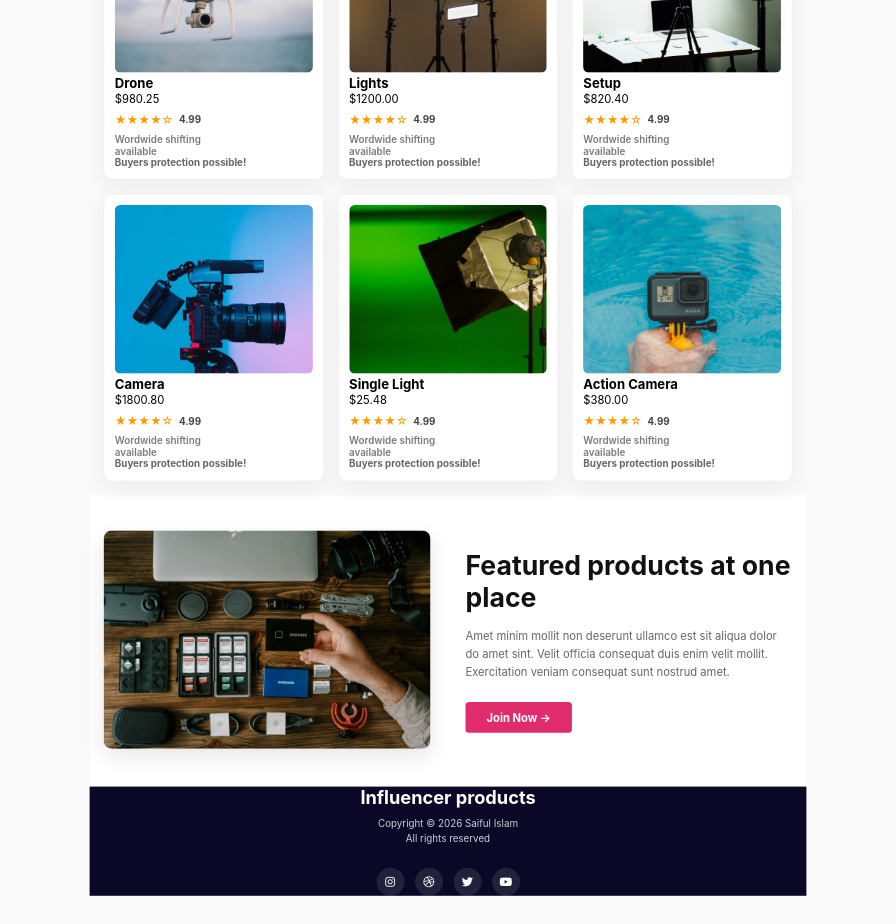
Repository: Saiful21Islam/Influencer-products
Page: it.html
The author's editor kept a copy of each file at every save. The page is drawn from the files as they stood at one save, then again after a run of saves.
The browser window is 1280 px wide. The pictures show the part of the page from y = 1604 to 3524 px (the page is 2924 px tall before and 3524 px after), at 70% of full size.

Above is the page before, as saved 2026-03-11 11:52:37.

### it.html
<!DOCTYPE html>
<html lang="en">

<head>
    <meta charset="UTF-8">
    <meta name="viewport" content="width=device-width, initial-scale=1.0">
    <title>Influencer Products</title>
    <link rel="stylesheet" href="style.css">
    <link rel="stylesheet" href="https://cdnjs.cloudflare.com/ajax/libs/font-awesome/6.0.0/css/all.min.css">
</head>
<style>
    * {
        margin: 0;
        padding: 0;
        box-sizing: border-box;
        font-family: 'Inter', sans-serif;
    }

    body {
        background-color: #f9f9f9;
        padding: 40px 10%;
    }

    .product-grid {
        display: grid;
        grid-template-columns: repeat(3, 1fr);
        gap: 30px;
    }

    .product-card {
        background: #fff;
        padding: 15px;
        border-radius: 12px;
        text-align: left;
        box-shadow: 0 10px 30px rgba(0, 0, 0, 0.05);
        transition: 0.3s;
    }

    .product-card:hover {
        transform: translateY(-5px);
    }

    .thumbnail {
        width: 100%;
        height: auto;
        border-radius: 8px;
        overflow: hidden;
        margin-bottom: 15px;
    }

    .thumbnail img {
        width: 100%;
        height: 100%;
        object-fit: cover;
    }

    .card-content h3 {
        font-size: 22px;
        color: #3A3A3A;
        margin-bottom: 5px;
    }

    .price {
        font-size: 20px;
        font-weight: 500;
        margin-bottom: 10px;
    }

    .rating {
        display: flex;
        align-items: center;
        gap: 5px;
        margin-bottom: 10px;
    }

    .rating i {
        color: #FF9800;
        font-size: 14px;
    }

    .rating-number {
        color: #787885;
        font-size: 14px;
    }

    .desc {
        color: #787885;
        font-size: 14px;
        line-height: 1.5;
    }

    @media (max-width: 768px) {
        .product-grid {

            grid-template-columns: repeat(1, 1fr);
        }
    }
</style>

<body>

    <nav class="navbar">
        <a href="#" class="logo">Influencer products</a>
        <ul class="nav-links">
            <li><a href="#">Home</a></li>
            <li><a href="#">Products</a></li>
            <li><a href="#">Sign up</a></li>
            <li><a href="#">Log In</a></li>
            <div class="nav-icons">
                <i class="fa-solid fa-magnifying-glass"></i>
                <div class="cart-icon"><i class="fa-solid fa-cart-shopping"></i><span class="cart-dot"></span></div>
            </div>
        </ul>
    </nav>

    <header class="hero">
        <div class="hero-content">
            <h1>Start your Journey as Influencer</h1>
            <p>Lorem ipsum dolor sit amet, consectetur adipiscing elit. Sem vestibulum sed scelerisque eros. Lectus
                faucibus.</p>
            <a href="#" class="btn-pink">Preebook now <i class="fa-solid fa-arrow-right"></i></a>
        </div>
        <div class="hero-image-container">
            <img src="images/Circle design.svg" alt="Circle Background" class="circle-image">

            <img src="images/main-camera.png" alt="Fujifilm Camera" class="camera-image">
        </div>
        </div>
        </div>
    </header>

    <section class="brand-section">
        <div class="logos-container">
            <img src="logos/Alibaba.svg" alt="Brands">
            <img src="logos/amazon.svg" alt="Brands">
            <img src="logos/Daraz.pk Logo.svg" alt="Brands">
            <img src="logos/ebay.svg" alt="Brands">
            <img src="logos/Rakuten.svg" alt="Brands">
            <img src="logos/Target.svg" alt="Brands">
            <img src="logos/Walmart.svg" alt="Brands">
        </div>
    </section>

    <section class="collection-section">
        <h2 class="title">Popular Collection</h2>
        <div class="product-container">
            <div class="product-card">
                <img src="images/tripod.png" alt="Tripod">
                <h3>Flex Tripod</h3>
                <p>$50.48</p>
                <div class="stars">
                    ★★★★☆ <span class="rating-num">4.99</span>
                </div>

                <p class="details">Wordwide shifting</p>
                <p class="details">available</p>
                <p class="details">Buyers protection possible!</p>
            </div>

            <div class="product-card">
                <img src="images/mic.png" alt="Microphone">
                <h3>Microphone</h3>
                <p>$120.25</p>
                <div class="stars">
                    ★★★★☆ <span class="rating-num">4.99</span>
                </div>

                <p class="details">Wordwide shifting</p>
                <p class="details">available</p>
                <p class="details">Buyers protection possible!</p>
            </div>

            <div class="product-card">
                <img src="images/airpod.png" alt="airpod">
                <h3>AirPods</h3>
                <p>$100.00</p>
                <div class="stars">
                    ★★★★☆ <span class="rating-num">4.99</span>
                </div>

                <p class="details">Wordwide shifting</p>
                <p class="details">available</p>
                <p class="details">Buyers protection possible!</p>
            </div>

            <div class="product-card">
                <img src="images/drone.png" alt="drone">
                <h3>Drone</h3>
                <p>$980.25</p>
                <div class="stars">
                    ★★★★☆ <span class="rating-num">4.99</span>
                </div>

                <p class="details">Wordwide shifting</p>
                <p class="details">available</p>
                <p class="details">Buyers protection possible!</p>
            </div>

            <div class="product-card">
                <img src="images/lights.png" alt="Lights">
                <h3>Lights</h3>
                <p>$1200.00</p>
                <div class="stars">
                    ★★★★☆ <span class="rating-num">4.99</span>
                </div>

                <p class="details">Wordwide shifting</p>
                <p class="details">available</p>
                <p class="details">Buyers protection possible!</p>
            </div>

            <div class="product-card">
                <img src="images/setup.png" alt="Setup">
                <h3>Setup</h3>
                <p>$820.40</p>
                <div class="stars">
                    ★★★★☆ <span class="rating-num">4.99</span>
                </div>

                <p class="details">Wordwide shifting</p>
                <p class="details">available</p>
                <p class="details">Buyers protection possible!</p>
            </div>

            <div class="product-card">
                <img src="images/camera.png" alt="Camera">
                <h3>Camera</h3>
                <p>$1800.80</p>
                <div class="stars">
                    ★★★★☆ <span class="rating-num">4.99</span>
                </div>

                <p class="details">Wordwide shifting</p>
                <p class="details">available</p>
                <p class="details">Buyers protection possible!</p>
            </div>

            <div class="product-card">
                <img src="images/single-light.png" alt="Single Light">
                <h3>Single Light</h3>
                <p>$25.48</p>
                <div class="stars">
                    ★★★★☆ <span class="rating-num">4.99</span>
                </div>

                <p class="details">Wordwide shifting</p>
                <p class="details">available</p>
                <p class="details">Buyers protection possible!</p>
            </div>

            <div class="product-card">
                <img src="images/action.png" alt="Action Camera">
                <h3>Action Camera</h3>
                <p>$380.00</p>
                <div class="stars">
                    ★★★★☆ <span class="rating-num">4.99</span>
                </div>

                <p class="details">Wordwide shifting</p>
                <p class="details">available</p>
                <p class="details">Buyers protection possible!</p>
            </div>

        </div>
    </section>
    </section>
    <section class="featured-section">
        <div class="featured-container">
            <div class="featured-image">
                <img src="images/gear.png" alt="Featured Gear">
            </div>

            <div class="featured-content">
                <h2>Featured products at one place</h2>
                <p>Amet minim mollit non deserunt ullamco est sit aliqua dolor do amet sint. Velit officia consequat
                    duis enim velit mollit. Exercitation veniam consequat sunt nostrud amet.</p>
                <a href="#" class="join-btn">Join Now &rarr;</a>
            </div>
        </div>
    </section>

    <footer
        style="background-color: #0A0826; color: white; text-align: center; padding: auto 20px; font-family: sans-serif; width: 100%; box-sizing: border-box;">

        <h3 style="margin: 0 0 10px 0; font-size: 26px; font-weight: bold;">Influencer products</h3>

        <p style="margin: 0 0 30px 0; font-size: 14px; opacity: 0.8; line-height: 1.6;">
            Copyright © 2026 Saiful Islam <br> All rights reserved
        </p>

        <div style="display: flex; justify-content: center; gap: 15px;">
            <a href="#"
                style="color: white; background: rgba(255,255,255,0.1); width: 40px; height: 40px; border-radius: 50%; display: flex; align-items: center; justify-content: center; text-decoration: none;">
                <i class="fa-brands fa-instagram"></i>
            </a>
            <a href="#"
                style="color: white; background: rgba(255,255,255,0.1); width: 40px; height: 40px; border-radius: 50%; display: flex; align-items: center; justify-content: center; text-decoration: none;">
                <i class="fa-brands fa-dribbble"></i>
            </a>
            <a href="#"
                style="color: white; background: rgba(255,255,255,0.1); width: 40px; height: 40px; border-radius: 50%; display: flex; align-items: center; justify-content: center; text-decoration: none;">
                <i class="fa-brands fa-twitter"></i>
            </a>
            <a href="#"
                style="color: white; background: rgba(255,255,255,0.1); width: 40px; height: 40px; border-radius: 50%; display: flex; align-items: center; justify-content: center; text-decoration: none;">
                <i class="fa-brands fa-youtube"></i>
            </a>
        </div>
    </footer>

</body>

</html>

### style.css
.hero {
    display: flex;
    align-items: center;
    justify-content: space-around;
    padding: 50px 10%;
    background-color: #fff;
    min-height: 80vh;
    flex-wrap: wrap;
}

.hero-content {
    flex: 1;
    min-width: 300px;
}

.hero-content h1 {
    font-size: 52px;
    line-height: 1.2;
    margin-bottom: 20px;
    color: #3A3A3A;
}

.hero-content p {
    font-size: 16px;
    color: #6C6C6C;
    margin-bottom: 30px;
    max-width: 450px;
}

.btn-pink {
    background-color: #E02C6D;
    color: white;
    padding: 12px 25px;
    text-decoration: none;
    border-radius: 50px;
    font-weight: bold;
    display: inline-block;
}

.hero-image-container {
    flex: 1;
    position: relative;
    display: flex;
    justify-content: center;
    align-items: center;
    min-width: 300px;
}

.camera-image {
    width: 100%;
    max-width: 450px;
    position: relative;
    z-index: 2;
}

.circle-image {
    position: absolute;
    width: 110%;
    z-index: 1;
}

@media (max-width: 768px) {
    .hero {
        flex-direction: column-reverse;
        text-align: center;
        padding: 30px 5%;
    }
    .hero-content {
        margin-top: 30px;
    }
    .hero-content h1 {
        font-size: 32px;
    }
    .hero-image-container {
        width: 100%;
    }
    .camera-image {
        max-width: 300px;
    }
}
{
    margin: 0;
    padding: 0;
    box-sizing: border-box;
    font-family: 'Inter', sans-serif;
}

/* Navbar */
.navbar {
    display: flex;
    justify-content: space-between;
    padding: 20px 10%;
    align-items: center;
}
.logo { font-size: 24px; font-weight: bold; color: #3A3A3A; text-decoration: none; }
.nav-links { display: flex; list-style: none; align-items: center; }
.nav-links li { margin-left: 25px; }
.nav-links a { text-decoration: none; color: #3A3A3A; font-weight: 500; }
.nav-icons { display: flex; margin-left: 20px; gap: 20px; font-size: 18px; }

/* Hero */
.hero {
    display: flex;
    padding: 50px 10%;
    align-items: center;
}
.hero-content h1 { font-size: 52px; color: #3A3A3A; margin-bottom: 15px; }
.btn-pink {
    background: #E02C6D;
    color: white;
    padding: 10px 25px;
    border-radius: 50px;
    text-decoration: none;
    display: inline-block;
    margin-top: 20px;
}
.hero-image img { width: 400px; }

/* Brands */
.brand-section {
    padding: 40px 10%;
    border-top: 1px solid #eee;
    border-bottom: 1px solid #eee;
    margin: 50px 0;
}

.logos-container {
    display: flex;
    justify-content: space-between;
    align-items: center;
    flex-wrap: wrap;
}

.logos-container img {
    height: 35px;
    width: auto;
}

.hero-image-container {
    position: relative;
    width: 500px;
    height: 500px;
    display: flex;
    justify-content: center;
    align-items: center;
}

.circle-image {
    position: absolute;
    width: 450px;
    height: auto;
    z-index: 1;
    opacity: 0.8;
}
.camera-image {
    position: relative;
    width: 100%;
    max-width: 480px;
    z-index: 2;
    filter: drop-shadow(0 20px 30px rgba(0,0,0,0.1));
}

.product-container {
  display: flex;
  flex-wrap: wrap;
  gap: 20px;
  justify-content: center;
  padding: 20px;
}

.product-card {
  flex: 1 1 310px;
  max-width: 350px;
  background: #fff;
  border: 1px solid #eee;
  border-radius: 12px;
  padding: 15px;
  box-shadow: 0 5px 15px rgba(0,0,0,0.05);
  transition: transform 0.3s ease;
}

.product-card:hover {
  transform: translateY(-5px);
}

.product-card img {
  width: 100%;
  height: auto;
  border-radius: 8px;
}

@media (max-width: 768px) {
  .product-container {
    gap: 15px;
    padding: 10px;
  }
}

@media (max-width: 480px) {
  .product-card {
    flex: 1 1 100%;
    max-width: 100%;
    margin: 0 auto;
  }
}

.stars {
    display: flex;
    align-items: center;
    color: #FF9900;
    font-size: 16px;
    margin: 10px 0;
}

.star-half {
    position: relative;
    display: inline-block;
    color: #ccc;
}

.star-half::after {
    content: '★';
    position: absolute;
    left: 0;
    top: 0;
    width: 50%;
    overflow: hidden;
    color: #FF9900;
}

.rating-num {
    color: #444;
    font-size: 14px;
    font-weight: bold;
    margin-left: 8px;
}

.details {
    font-size: 14px;
    color: #7a7a7a;
    margin: 0;
    line-height: 1.2;
    font-weight: 600;
}

.details:last-child {
    font-weight: 700;
    color: #666;
}

.title {
    text-align: center;
    font-size: 28px;
    font-weight: 700;
    color: #333;
    margin-bottom: 40px;
}

.featured-section {
    padding: 50px 20px;
    background-color: #fff;
}

.featured-container {
    max-width: 1100px;
    margin: 0 auto;
    display: flex;
    align-items: center;
    gap: 50px;

.featured-image {
    flex: 1;
}

.featured-image img {
    width: 100%;
    border-radius: 12px;
    box-shadow: 0 10px 30px rgba(0,0,0,0.1);
}

.featured-content {
    flex: 1;
}

.featured-content h2 {
    font-size: 38px;
    color: #111;
    margin-bottom: 20px;
}

.featured-content p {
    font-size: 16px;
    color: #666;
    line-height: 1.6;
    margin-bottom: 30px;
}

.join-btn {
    display: inline-block;
    background-color: #E02C6D;
    color: white;
    padding: 12px 30px;
    text-decoration: none;
    font-weight: bold;
    border-radius: 5px;
    transition: 0.3s;
}

.join-btn:hover {
    background-color: #c2255c;
}

@media (max-width: 768px) {
    .featured-container {
        flex-direction: column;
        text-align: center;
        gap: 30px;
    }
    .featured-content h2 {
        font-size: 28px;
    }
}

/* Footer reset and style */
.footer-area {
    background-color: #0A0826 !important; /* ছবির মতো ডার্ক ব্লু */
    color: #ffffff !important;
    text-align: center !important;
    padding: 60px 20px !important;
    margin: 0 !important; /* কোনো গ্যাপ থাকলে তা দূর করবে */
    width: 100%;
    display: block;
}

.footer-area h3 {
    font-size: 26px;
    font-weight: 700;
    margin-bottom: 15px;
    color: white;
}

.footer-area p {
    font-size: 14px;
    opacity: 0.8;
    line-height: 1.8;
    margin-bottom: 30px;
    color: white;
}

/* Social icons layout */
.social-links {
    display: flex;
    justify-content: center;
    gap: 15px;
}

/* আইকনের গোল ব্যাকগ্রাউন্ড (আপনার ছবির মতো) */
.social-links a {
    color: white !important;
    background: #211F3D; /* ছবির আইকনের পেছনের কালার */
    width: 40px;
    height: 40px;
    display: flex;
    align-items: center;
    justify-content: center;
    border-radius: 50%;
    text-decoration: none;
    font-size: 18px;
    transition: 0.3s;
}

.social-links a:hover {
    background: #323050;
    transform: translateY(-3px);
}

After the next 3 saves:
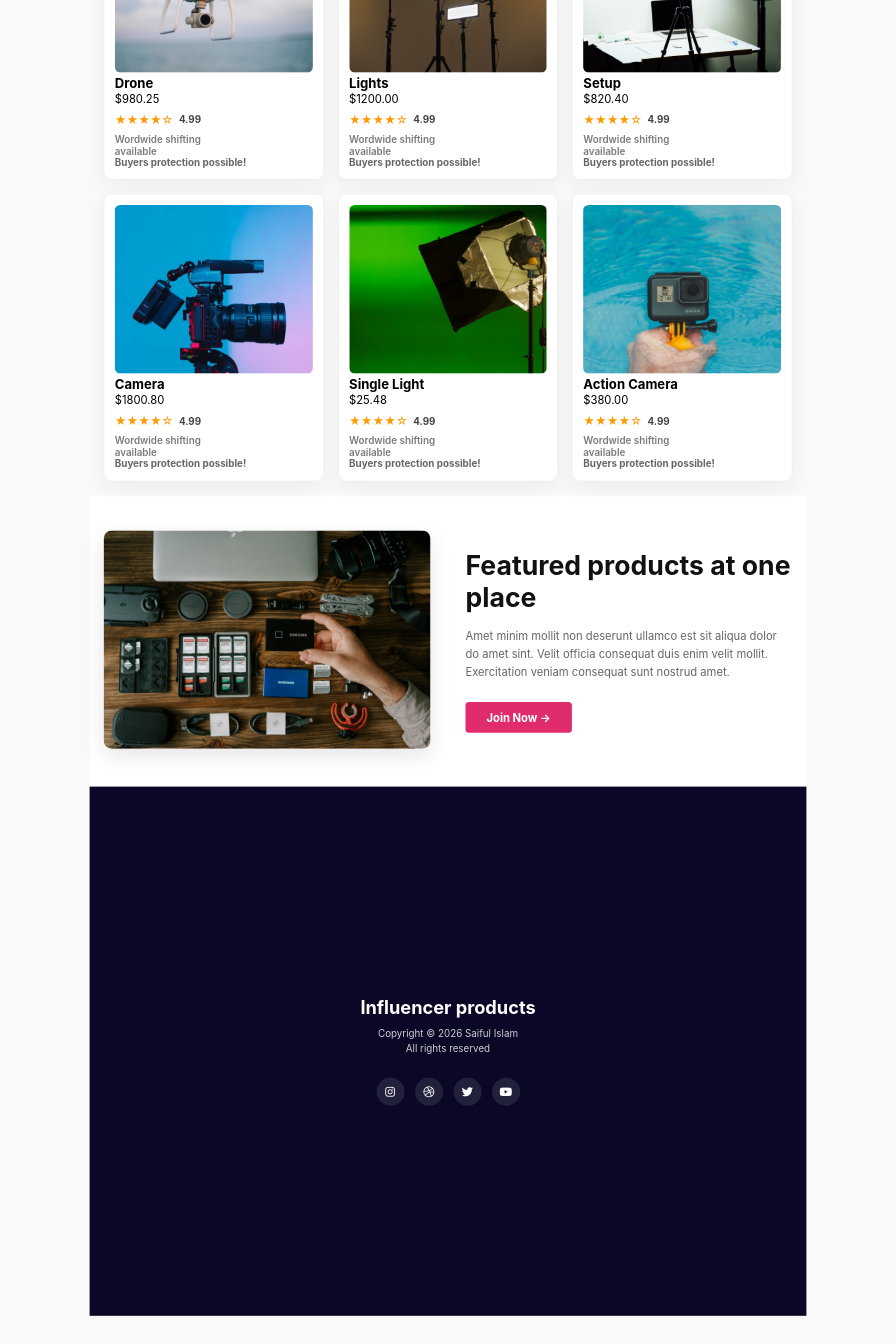
The 3 saves are shown as one change because they came seconds apart.
The last was saved 8 s later.
--- a/it.html
+++ b/it.html
@@ -280,7 +280,7 @@
     </section>
 
     <footer
-        style="background-color: #0A0826; color: white; text-align: center; padding: auto 20px; font-family: sans-serif; width: 100%; box-sizing: border-box;">
+        style="background-color: #0A0826; color: white; text-align: center; padding: 300px 20px; font-family: sans-serif; width: 100%; box-sizing: border-box;">
 
         <h3 style="margin: 0 0 10px 0; font-size: 26px; font-weight: bold;">Influencer products</h3>
 
